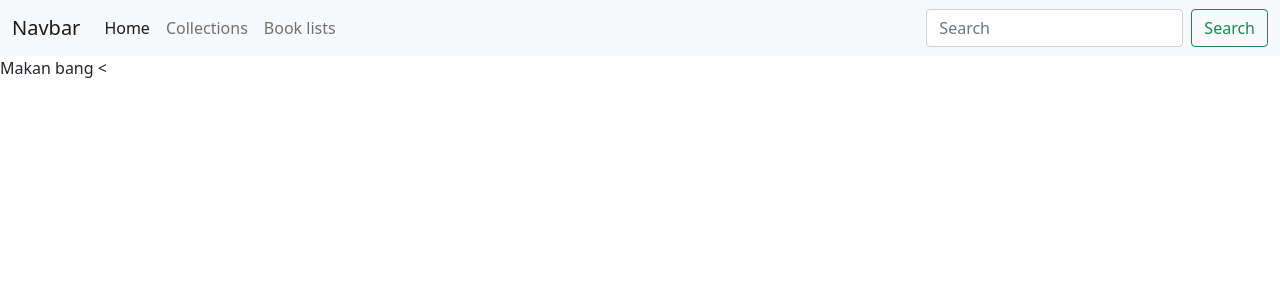
Repository: humanrizki/app-perpus-laravel-8
Page: http://localhost/home
The author's editor kept a copy of each file at every save. The page is drawn from the files as they stood at one save, then again after the next save.
The browser window is 1280 px wide. The pictures show the whole page.
Some web libraries are served in a nearby version. The page is served by the project's Laravel application, run on PHP 8.4 with Laravel 8. Other server files are loaded and not shown.

Above is the page before, as saved 2021-11-25 11:35:37.

### routes/web.php
<?php

use App\Http\Controllers\CollectionController;
use Illuminate\Support\Facades\Route;

/*
|--------------------------------------------------------------------------
| Web Routes
|--------------------------------------------------------------------------
|
| Here is where you can register web routes for your application. These
| routes are loaded by the RouteServiceProvider within a group which
| contains the "web" middleware group. Now create something great!
|
*/

Route::get('/', function () {
    return view('welcome');
});

Auth::routes();

Route::get('/home', [App\Http\Controllers\HomeController::class, 'index'])->name('home');
Route::get('/collections',[CollectionController::class,'index'])->name('collections');
Route::get('/collections/{collection:slug}',[CollectionController::class,'show']);

### app/Http/Controllers/HomeController.php
<?php

namespace App\Http\Controllers;

use Illuminate\Http\Request;

class HomeController extends Controller
{
    /**
     * Create a new controller instance.
     *
     * @return void
     */
    public function __construct()
    {
        $this->middleware('guest');
    }

    /**
     * Show the application dashboard.
     *
     * @return \Illuminate\Contracts\Support\Renderable
     */
    public function index()
    {
        return view('HomeTemplate',[
            'title'=>'home page'
        ]);
    }
}

### resources/views/homeTemplate.blade.php
@extends('layouts.capp')
@section('content')
    Makan bang
@endsection

### resources/views/layouts/capp.blade.php
<!doctype html>
<html lang="en">
  <head>
    <meta charset="utf-8" />
    <link rel="apple-touch-icon" sizes="76x76" href="../assets/img/apple-icon.png">
    <link rel="icon" type="image/png" href="../assets/img/favicon.png">
    <meta http-equiv="X-UA-Compatible" content="IE=edge,chrome=1" />
    <title>{{ $title }}</title>
    <meta content='width=device-width, initial-scale=1.0, maximum-scale=1.0, user-scalable=0, shrink-to-fit=no' name='viewport' />

    <!--     Fonts and icons     -->
    <link href="https://fonts.googleapis.com/css?family=Montserrat:400,700,200" rel="stylesheet" />
    <link href="https://use.fontawesome.com/releases/v5.0.6/css/all.css" rel="stylesheet">

    <link href="https://cdn.jsdelivr.net/npm/bootstrap@5.0.2/dist/css/bootstrap.min.css" rel="stylesheet" integrity="sha384-EVSTQN3/azprG1Anm3QDgpJLIm9Nao0Yz1ztcQTwFspd3yD65VohhpuuCOmLASjC" crossorigin="anonymous">
  </head>
  <body>
    @include('partials.header')
    @yield('content')

    <!--   Core JS Files   -->
    <<script src="https://cdn.jsdelivr.net/npm/bootstrap@5.0.2/dist/js/bootstrap.bundle.min.js" integrity="sha384-MrcW6ZMFYlzcLA8Nl+NtUVF0sA7MsXsP1UyJoMp4YLEuNSfAP+JcXn/tWtIaxVXM" crossorigin="anonymous"></script>
  </body>
</html>

### resources/views/partials/header.blade.php
{{-- <nav class="navbar navbar-expand-lg" style="background-color: rgb(24, 185, 185)">
    <div class="container">
        <a class="navbar-brand" href="#">Navbar</a>
        <button class="navbar-toggler" type="button" data-toggle="collapse" data-target="#navbarNav" aria-controls="navbarNav" aria-expanded="false" aria-label="Toggle navigation">
        <span class="navbar-toggler-icon"><i class="fas fa-align-justify text-white"></i></span>
        </button>
        <div class="collapse navbar-collapse" id="navbarNav">
            <ul class="navbar-nav">
                <li class="nav-item {{ (request()->is('home')) ? 'active' : '';  }}">
                    <a class="nav-link" href="/home">Beranda </a>
                </li>
                <li class="nav-item {{ (request()->is('collections*')) ? 'active' : '';  }}">
                    <a class="nav-link " href="/collections">Daftar Koleksi</a>
                </li>
                <li class="nav-item {{ (request()->is('lists')) ? 'active' : '';  }}">
                    <a class="nav-link " href="/lists">Daftar Buku</a>
                </li>
                <li class="nav-item {{ (request()->is('buckets')) ? 'active' : '';  }}">
                    <a class="nav-link " href="/buckets">Keranjang peminjaman</a>
                </li>
                <li class="nav-item">
                    <button class="btn btn-success">Login</button>
                </li>
                </ul>
        </div>
    </div>
</nav> --}}
<nav class="navbar navbar-expand-lg navbar-light bg-light">
    <div class="container-fluid">
      <a class="navbar-brand" href="#">Navbar</a>
      <button class="navbar-toggler" type="button" data-bs-toggle="collapse" data-bs-target="#navbarSupportedContent" aria-controls="navbarSupportedContent" aria-expanded="false" aria-label="Toggle navigation">
        <span class="navbar-toggler-icon"></span>
      </button>
      <div class="collapse navbar-collapse" id="navbarSupportedContent">
        <ul class="navbar-nav me-auto mb-2 mb-lg-0">
          <li class="nav-item">
            <a class="nav-link {{ (request()->is('home')) ? 'active':'';}}" aria-current="page" href="/home">Home</a>
          </li>
          <li class="nav-item ">
            <a class="nav-link {{ (request()->is('collections*')) ? 'active':'';}}" href="/collections">Collections</a>
          </li>
          <li class="nav-item">
            <a class="nav-link {{ (request()->is('lists')) ? 'active':'';}}" href="/lists">Book lists</a>
          </li>
        </ul>
        <form class="d-flex">
          <input class="form-control me-2" type="search" placeholder="Search" aria-label="Search">
          <button class="btn btn-outline-success" type="submit">Search</button>
        </form>
      </div>
    </div>
  </nav>

Loaded but not shown: app/Providers/AppServiceProvider.php (common file); app/Http/Controllers/Auth/ConfirmPasswordController.php (common file); app/Http/Controllers/Controller.php (common file)

After the next save:
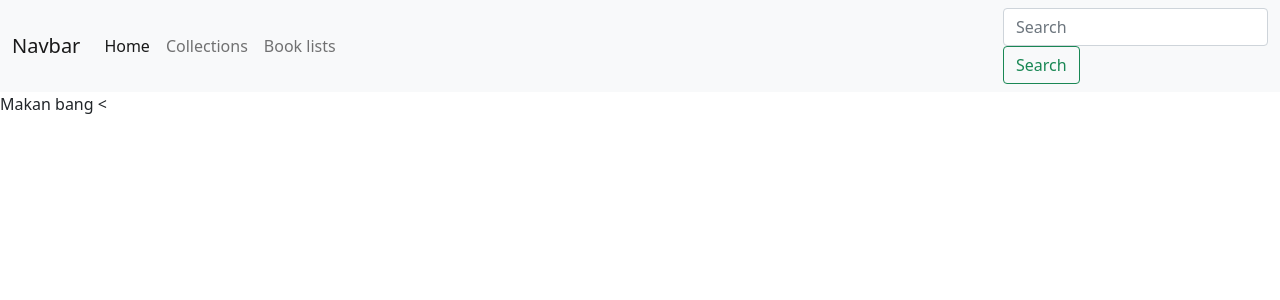
Saved 63 s later.
--- a/resources/views/partials/header.blade.php
+++ b/resources/views/partials/header.blade.php
@@ -43,10 +43,10 @@
             <a class="nav-link {{ (request()->is('lists')) ? 'active':'';}}" href="/lists">Book lists</a>
           </li>
         </ul>
-        <form class="d-flex">
-          <input class="form-control me-2" type="search" placeholder="Search" aria-label="Search">
-          <button class="btn btn-outline-success" type="submit">Search</button>
-        </form>
+        <div class="container-login">
+            <input class="form-control me-2" type="search" placeholder="Search" aria-label="Search">
+            <button class="btn btn-outline-success" type="submit">Search</button>
+        </div>
       </div>
     </div>
   </nav>
